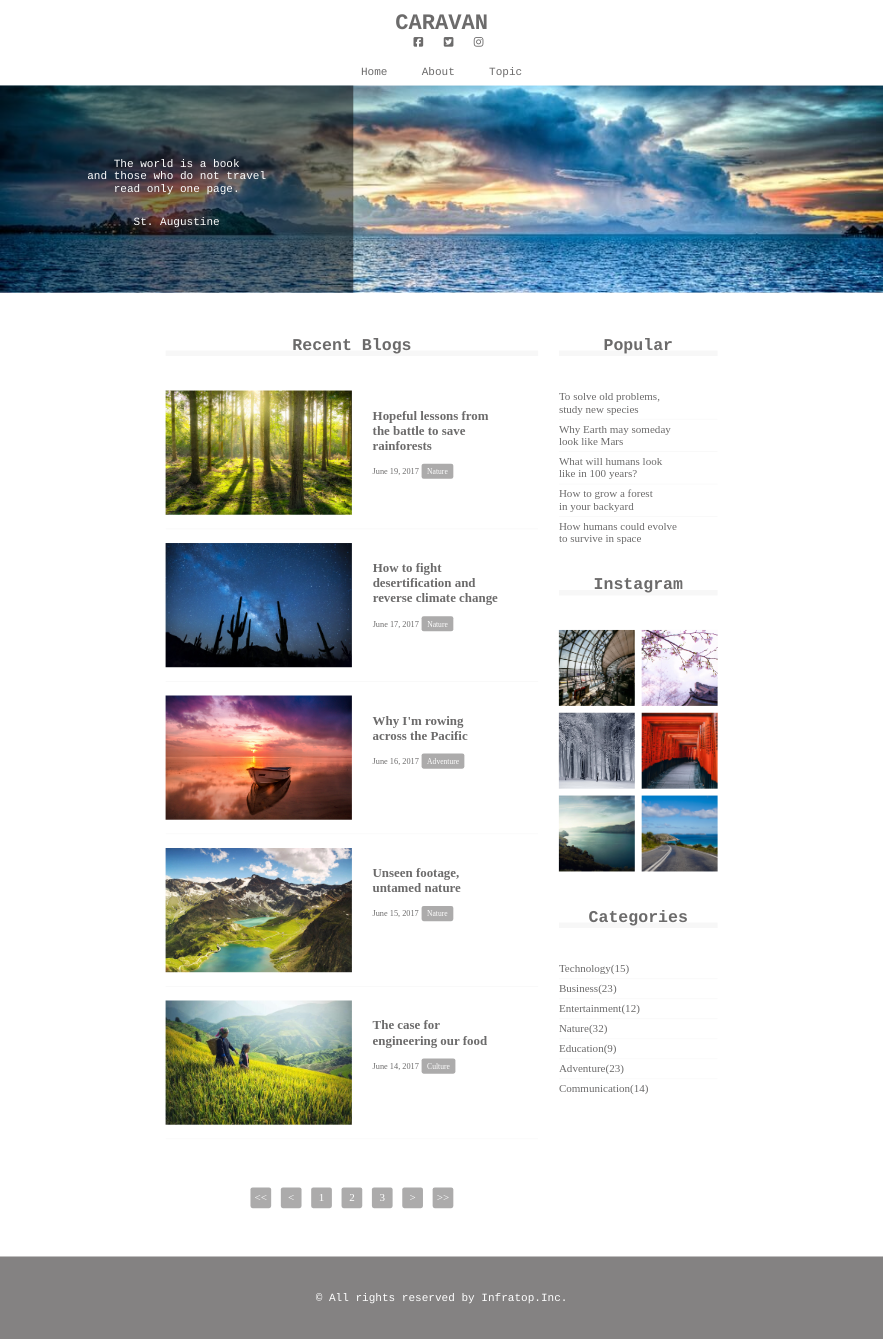
Repository: Raychel-310/chapter10
Page: chapter9/chapter9.html
The author's editor kept a record of every edit. The page is drawn from the files as they stood at one moment, then again after the next edit.
The browser window is 1280 px wide. The pictures show the whole page, at 69% of full size.
Some web libraries are served in a nearby version.

Above is the page before.

After the next edit:
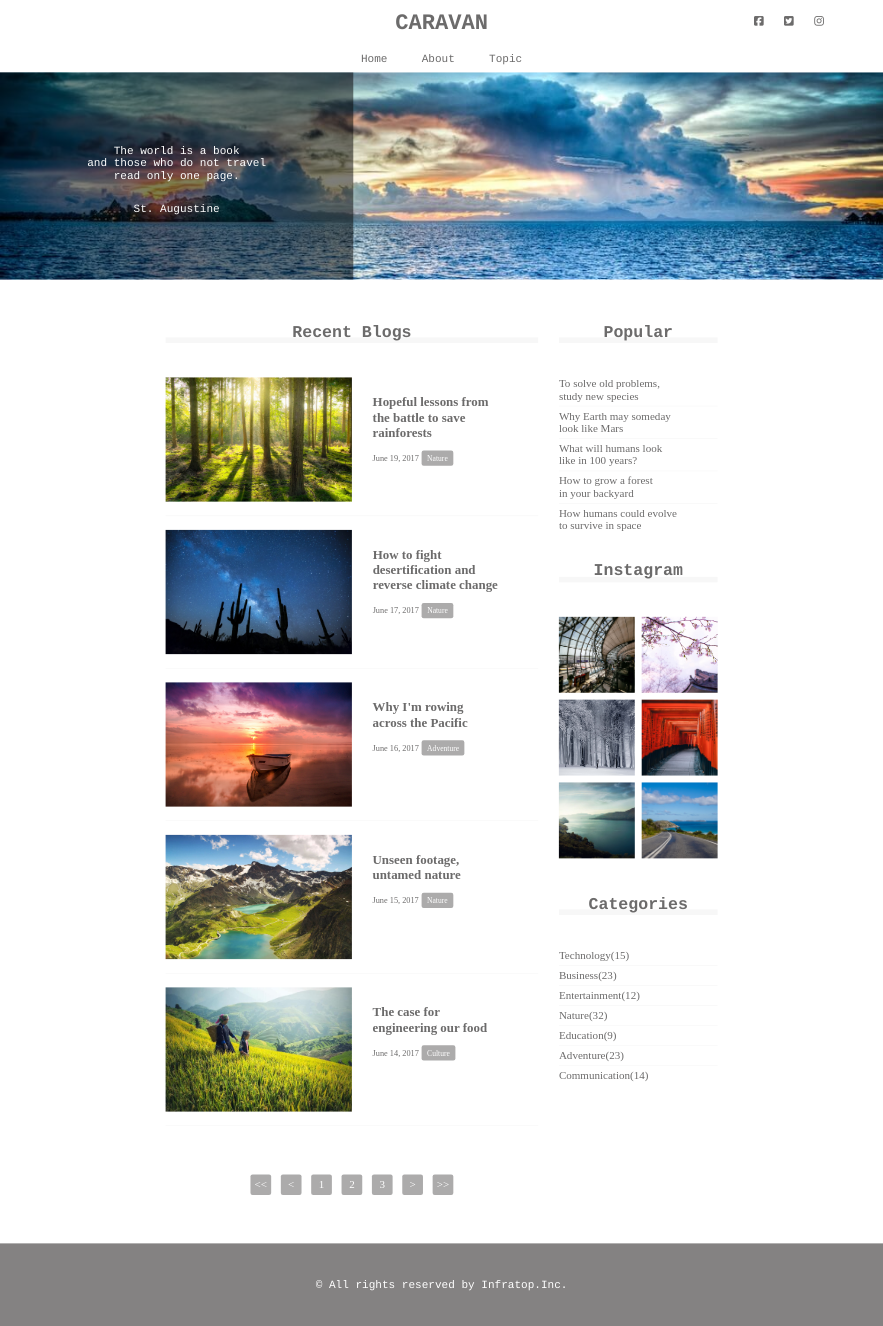
The edit:
--- a/chapter9/chapter9.css
+++ b/chapter9/chapter9.css
@@ -25,6 +25,12 @@
 .social i {
   display: inline-block;
   margin-left: 20px;
+}
+
+.social {
+  position: absolute;
+  top: 22px;
+  right: 22px;
 }
 
 header .heading {
